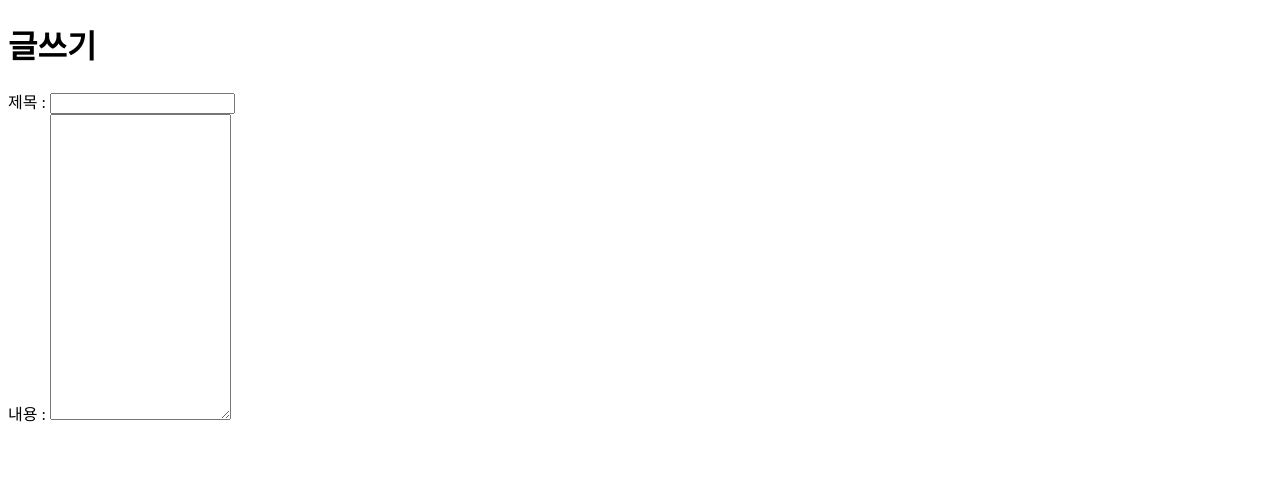
Repository: Bigdog93/WebworkspacePT
Page: http://localhost/BoardVer2/write
The author's editor kept a copy of each file at every save. The page is drawn from the files as they stood at one save, then again after the next save.
The browser window is 1280 px wide. The pictures show the whole page.
The page is served by Tomcat 9. Other server files are loaded and not shown.

Above is the page before, as saved 2021-04-27 03:03:37.

### WebWorkSpace/BoardVer2/src/main/webapp/WEB-INF/jsp/write.jsp
<%@ page language="java" contentType="text/html; charset=UTF-8"
    pageEncoding="UTF-8"%>
<!DOCTYPE html>
<html>
<head>
<meta charset="UTF-8">
<title>Insert title here</title>
</head>
<body>
	<h1>글쓰기</h1>
	<form action="/write" method="post">
		<div>
			제목 : <input type="text" name="title">
		</div>
		<div>
			내용 : <textarea name="ctnt" rows="20" cols="20"></textarea>
		</div>
	</form>
</body>
</html>

### WebWorkSpace/BoardVer2/src/main/java/com/board/control/BoardWriteServlet.java
package com.board.control;

import java.io.IOException;

import javax.servlet.ServletException;
import javax.servlet.annotation.WebServlet;
import javax.servlet.http.HttpServlet;
import javax.servlet.http.HttpServletRequest;
import javax.servlet.http.HttpServletResponse;

import com.board.boardVO.BoardVO;
import com.board.boardVO.Database;


@WebServlet("/write")
public class BoardWriteServlet extends HttpServlet {
	private static final long serialVersionUID = 1L;

	protected void doGet(HttpServletRequest request, HttpServletResponse response) throws ServletException, IOException {

		String url = "/WEB-INF/jsp/write.jsp";
		request.getRequestDispatcher(url).forward(request, response);
	}


	protected void doPost(HttpServletRequest request, HttpServletResponse response) throws ServletException, IOException {

		String title = request.getParameter("title");
		String ctnt = request.getParameter("ctnt");

		BoardVO vo = new BoardVO(title, ctnt);

		Database.getList().add(vo);

		request.setAttribute("data", vo);

	}

}

After the next save:
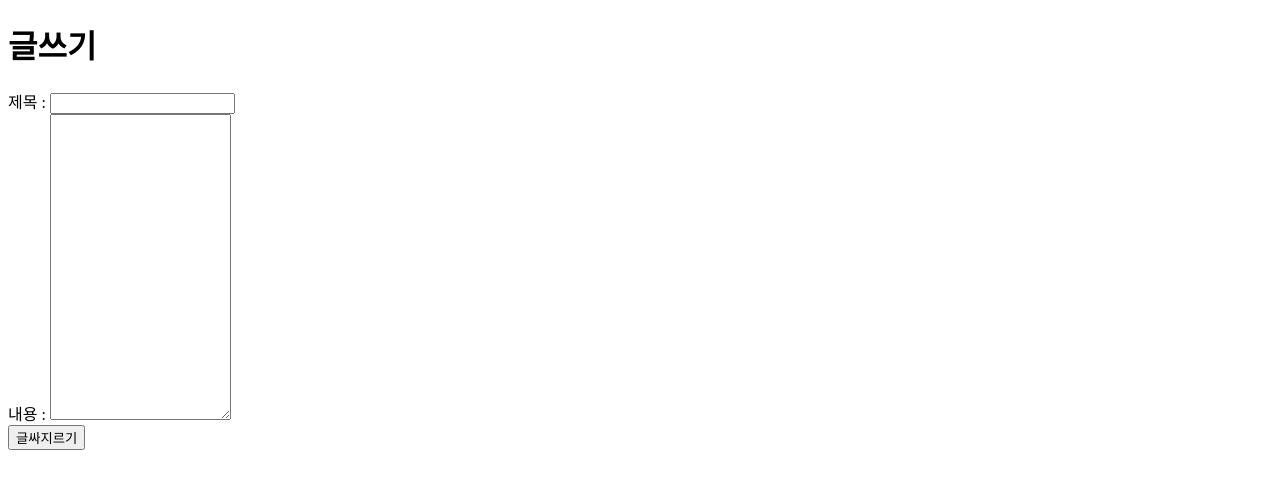
Saved 2 min 9 s later.
--- a/WebWorkSpace/BoardVer2/src/main/webapp/WEB-INF/jsp/write.jsp
+++ b/WebWorkSpace/BoardVer2/src/main/webapp/WEB-INF/jsp/write.jsp
@@ -15,6 +15,7 @@
 		<div>
 			내용 : <textarea name="ctnt" rows="20" cols="20"></textarea>
 		</div>
+		<input type="submit" value="글싸지르기">
 	</form>
 </body>
 </html>
